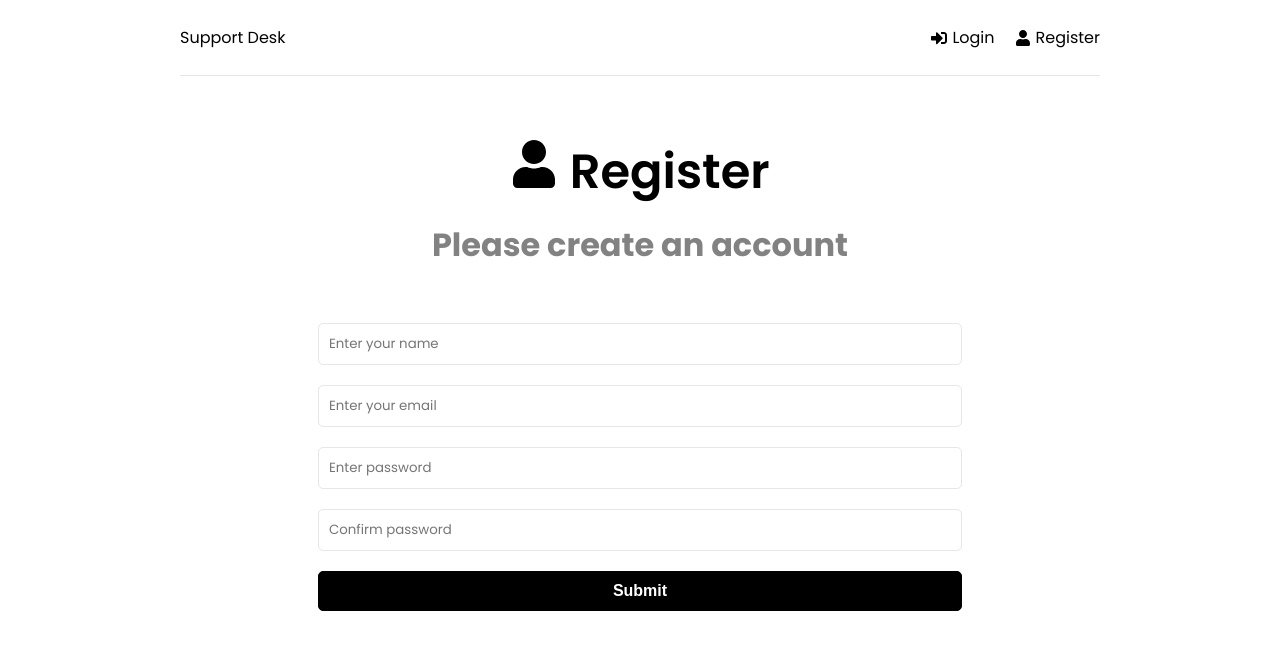
Repository: benjamins1995/support-desk
Page: /register (app in frontend/)
An editor plug-in stored every save of this project. The page is shown before and after the next save, followed by the edit.
The browser window is 1280 px wide. The pictures show the whole page.
The project was rebuilt for these pictures with package versions that can differ from the ones it lists, and the page was loaded fresh each time. Also part of the build but not shown: frontend/src/pages/Login.jsx. Imported but missing from the stored project, and not drawn on this page: frontend/src/pages/Home.

Above is the page before, as saved 2022-03-03 17:19:26.

### frontend/src/App.js
import { BrowserRouter as Router, Routes, Route } from 'react-router-dom';
import { ToastContainer } from 'react-toastify';
import 'react-toastify/dist/ReactToastify.css';

import Header from './components/Header';
import Home from './pages/Home';
import Login from './pages/Login';
import Register from './pages/Register';

function App() {
  return (
    <>
      <Router>
        <div className='container'>
          <Header />
          <Routes>
            <Route path='/' element={<Home />} />
            <Route path='/login' element={<Login />} />
            <Route path='/register' element={<Register />} />
          </Routes>
        </div>
      </Router>
      <ToastContainer />
    </>
  );
}

export default App;

### frontend/src/app/store.js
import { configureStore } from '@reduxjs/toolkit';
import authReducer from '../features/auth/authSlice';

export const store = configureStore({
  reducer: { auth: authReducer },
});

### frontend/src/components/Header.jsx
import { FaSignInAlt, FaSignOutAlt, FaUser } from 'react-icons/fa';
import { Link } from 'react-router-dom';

function Header() {
  return (
    <header className='header'>
      <div className='logo'>
        <Link to='/'> Support Desk</Link>
      </div>
      <ul>
        <li>
          <Link to='/login'>
            <FaSignInAlt /> Login
          </Link>
        </li>
        <li>
          <Link to='/register'>
            <FaUser /> Register
          </Link>
        </li>
      </ul>
    </header>
  );
}

export default Header;

### frontend/src/pages/Register.jsx
import { useState } from 'react';
import { toast } from 'react-toastify';
import { FaUser } from 'react-icons/fa';
import { useSelector, useDispatch } from 'react-redux';
import { register } from '../features/auth/authSlice';

function Register() {
  const [formData, setFormData] = useState({
    name: '',
    email: '',
    password: '',
    password2: '',
  });

  const { name, email, password, password2 } = formData;

  const dispatch = useDispatch();

  const { user, isLoading, isSuccess, message } = useSelector(
    (state) => state.auth
  );

  const onChange = (e) => {
    setFormData((prevState) => ({
      ...prevState,
      [e.target.name]: e.target.value,
    }));
  };

  const onSubmit = (e) => {
    e.preventDefault();
    if (password !== password2) {
      toast.error('Passwords do not match');
    }
  };

  return (
    <>
      <section className='heading'>
        <h1>
          <FaUser /> Register
        </h1>
        <p>Please create an account</p>
      </section>
      <section className='form'>
        <form onSubmit={onSubmit}>
          <div className='form-group'>
            <input
              type='text'
              className='form-control'
              id='name'
              name='name'
              value={name}
              onChange={onChange}
              placeholder='Enter your name'
              required
            ></input>
          </div>
          <div className='form-group'>
            <input
              type='email'
              className='form-control'
              id='email'
              name='email'
              value={email}
              onChange={onChange}
              placeholder='Enter your email'
              required
            ></input>
          </div>
          <div className='form-group'>
            <input
              type='password'
              className='form-control'
              id='password'
              name='password'
              value={password}
              onChange={onChange}
              placeholder='Enter password'
              required
            ></input>
          </div>
          <div className='form-group'>
            <input
              type='password'
              className='form-control'
              id='password2'
              name='password2'
              value={password2}
              onChange={onChange}
              placeholder='Confirm password'
              required
            ></input>
          </div>
          <div className='form-group'>
            <button className='btn btn-block'>Submit</button>
          </div>
        </form>
      </section>
    </>
  );
}

export default Register;

### frontend/src/features/auth/authSlice.js
import { createSlice, createAsyncThunk } from '@reduxjs/toolkit';

const initialState = {
  user: 'beni',
  isError: false,
  isSuccess: false,
  isLoading: false,
  message: '',
};

export const register = createAsyncThunk(
  'auth/register',
  async (user, thunkAPI) => {
    console.log(user);
  }
);

export const authSlice = createSlice({
  name: 'auth',
  initialState,
  reducers: {},
  extraReducers: (builder) => {},
});

export default authSlice.reducer;

Loaded but not shown: frontend/public/index.html (common file); frontend/src/index.js (common file); frontend/src/index.css (common file); frontend/src/serviceWorker.js (common file)

After the next save:
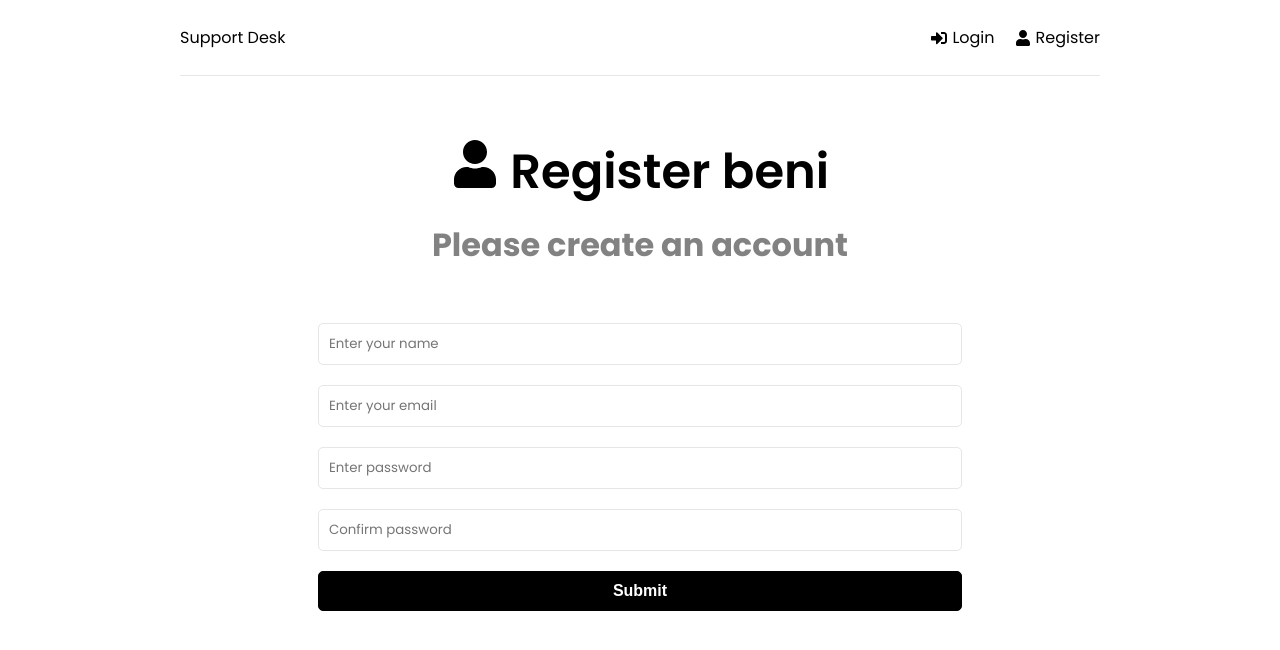
Saved 10 s later.
--- a/frontend/src/pages/Register.jsx
+++ b/frontend/src/pages/Register.jsx
@@ -38,7 +38,7 @@ function Register() {
     <>
       <section className='heading'>
         <h1>
-          <FaUser /> Register
+          <FaUser /> Register {user}
         </h1>
         <p>Please create an account</p>
       </section>

After the save that followed:
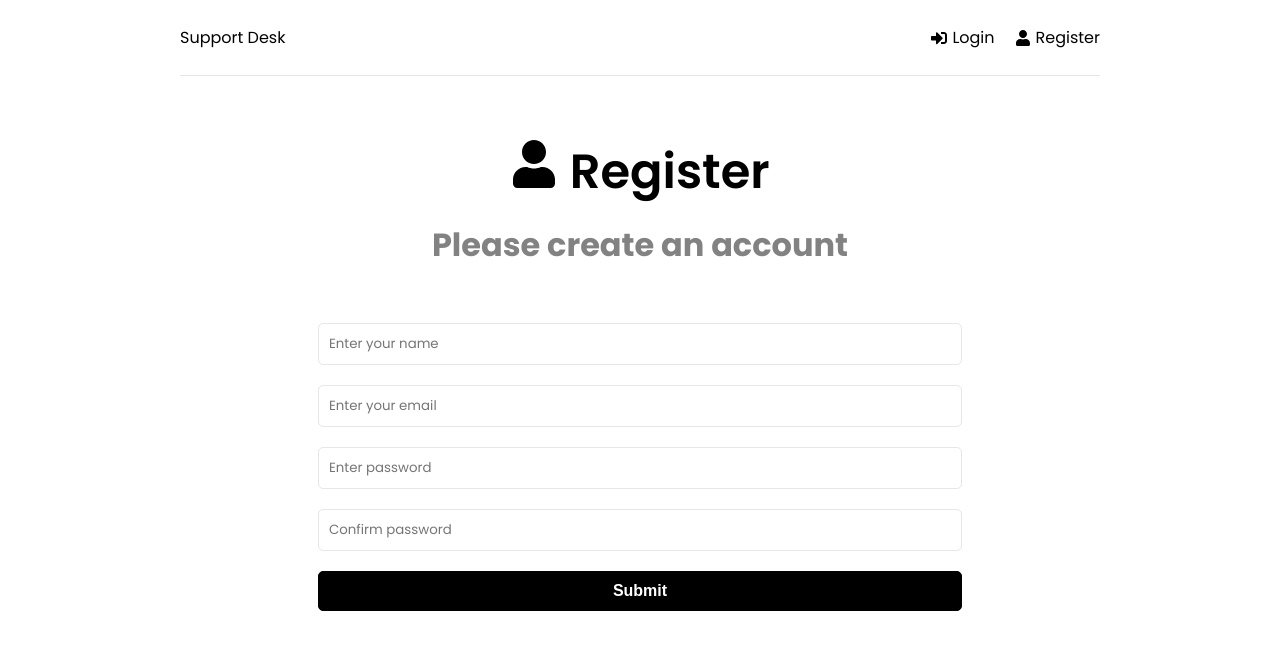
Saved 14 s later.
--- a/frontend/src/features/auth/authSlice.js
+++ b/frontend/src/features/auth/authSlice.js
@@ -1,7 +1,7 @@
 import { createSlice, createAsyncThunk } from '@reduxjs/toolkit';
 
 const initialState = {
-  user: 'beni',
+  user: null,
   isError: false,
   isSuccess: false,
   isLoading: false,
